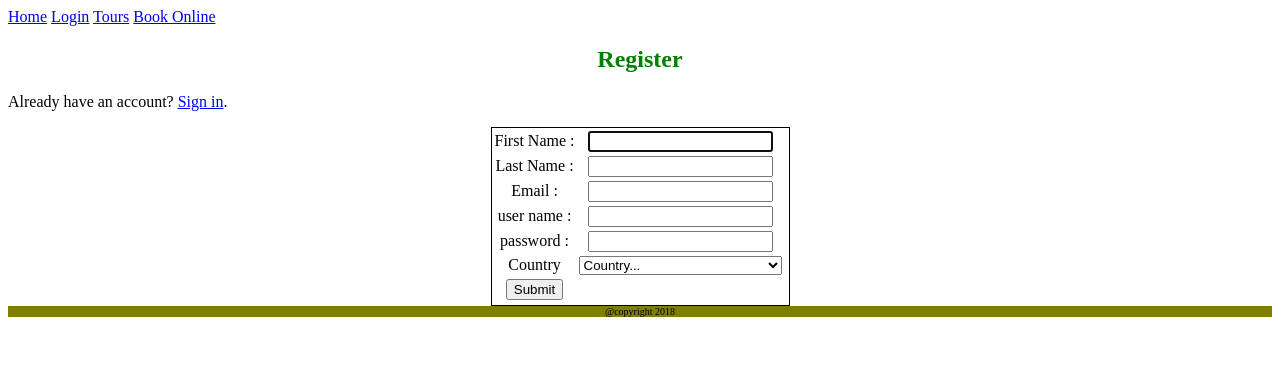
Repository: Rahim89/ANYFT
Page: http://localhost/CaseStudy/WEB-INF/views/registration.jsp
These files come from the project's save history. The page is drawn as it stood at one moment and after the next save; the edit follows.
The browser window is 1280 px wide. The pictures show the whole page.
The page is served by Tomcat 9. Nobody is signed in. Other server files are loaded and not shown. The template is opened directly, without the code that normally fills it, so the values that code supplies are empty.

Above is the page before, as saved 2018-09-17 19:27:24.

### CaseStudy/WebContent/WEB-INF/views/registration.jsp
<%@ page language="java" contentType="text/html; charset=UTF-8"
    pageEncoding="UTF-8"%>
    <%@taglib uri ="http://www.springframework.org/tags/form" prefix="form"%>
<!DOCTYPE html>
<html>
<head>
<meta charset="UTF-8">
<title>Registration</title>



</head>



<body>
	<div id = "header">
    <%@include file="header.jsp" %>
    </div>

    <form action="User_info" method="POST"  >

	<h2 style="color:green; text-align:center;">Register</h2>
	<table style = "border:1px solid; margin: 0 auto; text-align:center;">
		<tr>
			<td>First Name :</td>
			<td><input required="required" type="text" name="firstName" autofocus /></td>
		</tr>
		<tr>
			<td>Last Name :</td>
			<td><input type="text" name="lastName" required/></td>
		</tr>
		<tr>
			<td>Email :</td>
			<td><input type="email" name="email" required/></td>
		</tr>
		<tr>
			<td>user name :</td>
			<td><input type="text" name="userName" required/></td>
			<td><span style="text-align:center; color:red;">${userNameError}</span></td>
		</tr>
		<tr>
			<td>password :</td>
			<td><input type="password" name="password" required/></td>
		</tr>
		<tr>


    <td>Country</td>
    <td><select name="country" required>
		<option value="">Country...</option>
		<option value="Afganistan">Afghanistan</option>
		<option value="Albania">Albania</option>
		<option value="Algeria">Algeria</option>
		<option value="American Samoa">American Samoa</option>
		<option value="Andorra">Andorra</option>
		<option value="Angola">Angola</option>
		<option value="Anguilla">Anguilla</option>
		<option value="Antigua &amp; Barbuda">Antigua &amp; Barbuda</option>
		<option value="Argentina">Argentina</option>
		<option value="Armenia">Armenia</option>
		<option value="Aruba">Aruba</option>
		<option value="Australia">Australia</option>
		<option value="Austria">Austria</option>
		<option value="Azerbaijan">Azerbaijan</option>
		<option value="Bahamas">Bahamas</option>
		<option value="Bahrain">Bahrain</option>
		<option value="Bangladesh">Bangladesh</option>
		<option value="Barbados">Barbados</option>
		<option value="Belarus">Belarus</option>
		<option value="Belgium">Belgium</option>
		<option value="Belize">Belize</option>
		<option value="Benin">Benin</option>
		<option value="Bermuda">Bermuda</option>
		<option value="Bhutan">Bhutan</option>
		<option value="Bolivia">Bolivia</option>
		<option value="Bonaire">Bonaire</option>
		<option value="Bosnia &amp; Herzegovina">Bosnia &amp; Herzegovina</option>
		<option value="Botswana">Botswana</option>
		<option value="Brazil">Brazil</option>
		<option value="British Indian Ocean Ter">British Indian Ocean Ter</option>
		<option value="Brunei">Brunei</option>
		<option value="Bulgaria">Bulgaria</option>
		<option value="Burkina Faso">Burkina Faso</option>
		<option value="Burundi">Burundi</option>
		<option value="Cambodia">Cambodia</option>
		<option value="Cameroon">Cameroon</option>
		<option value="Canada">Canada</option>
		<option value="Canary Islands">Canary Islands</option>
		<option value="Cape Verde">Cape Verde</option>
		<option value="Cayman Islands">Cayman Islands</option>
		<option value="Central African Republic">Central African Republic</option>
		<option value="Chad">Chad</option>
		<option value="Channel Islands">Channel Islands</option>
		<option value="Chile">Chile</option>
		<option value="China">China</option>
		<option value="Christmas Island">Christmas Island</option>
		<option value="Cocos Island">Cocos Island</option>
		<option value="Colombia">Colombia</option>
		<option value="Comoros">Comoros</option>
		<option value="Congo">Congo</option>
		<option value="Cook Islands">Cook Islands</option>
		<option value="Costa Rica">Costa Rica</option>
		<option value="Cote DIvoire">Cote D'Ivoire</option>
		<option value="Croatia">Croatia</option>
		<option value="Cuba">Cuba</option>
		<option value="Curaco">Curacao</option>
		<option value="Cyprus">Cyprus</option>
		<option value="Czech Republic">Czech Republic</option>
		<option value="Denmark">Denmark</option>
		<option value="Djibouti">Djibouti</option>
		<option value="Dominica">Dominica</option>
		<option value="Dominican Republic">Dominican Republic</option>
		<option value="East Timor">East Timor</option>
		<option value="Ecuador">Ecuador</option>
		<option value="Egypt">Egypt</option>
		<option value="El Salvador">El Salvador</option>
		<option value="Equatorial Guinea">Equatorial Guinea</option>
		<option value="Eritrea">Eritrea</option>
		<option value="Estonia">Estonia</option>
		<option value="Ethiopia">Ethiopia</option>
		<option value="Falkland Islands">Falkland Islands</option>
		<option value="Faroe Islands">Faroe Islands</option>
		<option value="Fiji">Fiji</option>
		<option value="Finland">Finland</option>
		<option value="France">France</option>
		<option value="French Guiana">French Guiana</option>
		<option value="French Polynesia">French Polynesia</option>
		<option value="French Southern Ter">French Southern Ter</option>
		<option value="Gabon">Gabon</option>
		<option value="Gambia">Gambia</option>
		<option value="Georgia">Georgia</option>
		<option value="Germany">Germany</option>
		<option value="Ghana">Ghana</option>
		<option value="Gibraltar">Gibraltar</option>
		<option value="Great Britain">Great Britain</option>
		<option value="Greece">Greece</option>
		<option value="Greenland">Greenland</option>
		<option value="Grenada">Grenada</option>
		<option value="Guadeloupe">Guadeloupe</option>
		<option value="Guam">Guam</option>
		<option value="Guatemala">Guatemala</option>
		<option value="Guinea">Guinea</option>
		<option value="Guyana">Guyana</option>
		<option value="Haiti">Haiti</option>
		<option value="Hawaii">Hawaii</option>
		<option value="Honduras">Honduras</option>
		<option value="Hong Kong">Hong Kong</option>
		<option value="Hungary">Hungary</option>
		<option value="Iceland">Iceland</option>
		<option value="India">India</option>
		<option value="Indonesia">Indonesia</option>
		<option value="Iran">Iran</option>
		<option value="Iraq">Iraq</option>
		<option value="Ireland">Ireland</option>
		<option value="Isle of Man">Isle of Man</option>
		<option value="Israel">Israel</option>
		<option value="Italy">Italy</option>
		<option value="Jamaica">Jamaica</option>
		<option value="Japan">Japan</option>
		<option value="Jordan">Jordan</option>
		<option value="Kazakhstan">Kazakhstan</option>
		<option value="Kenya">Kenya</option>
		<option value="Kiribati">Kiribati</option>
		<option value="Korea North">Korea North</option>
		<option value="Korea Sout">Korea South</option>
		<option value="Kuwait">Kuwait</option>
		<option value="Kyrgyzstan">Kyrgyzstan</option>
		<option value="Laos">Laos</option>
		<option value="Latvia">Latvia</option>
		<option value="Lebanon">Lebanon</option>
		<option value="Lesotho">Lesotho</option>
		<option value="Liberia">Liberia</option>
		<option value="Libya">Libya</option>
		<option value="Liechtenstein">Liechtenstein</option>
		<option value="Lithuania">Lithuania</option>
		<option value="Luxembourg">Luxembourg</option>
		<option value="Macau">Macau</option>
		<option value="Macedonia">Macedonia</option>
		<option value="Madagascar">Madagascar</option>
		<option value="Malaysia">Malaysia</option>
		<option value="Malawi">Malawi</option>
		<option value="Maldives">Maldives</option>
		<option value="Mali">Mali</option>
		<option value="Malta">Malta</option>
		<option value="Marshall Islands">Marshall Islands</option>
		<option value="Martinique">Martinique</option>
		<option value="Mauritania">Mauritania</option>
		<option value="Mauritius">Mauritius</option>
		<option value="Mayotte">Mayotte</option>
		<option value="Mexico">Mexico</option>
		<option value="Midway Islands">Midway Islands</option>
		<option value="Moldova">Moldova</option>
		<option value="Monaco">Monaco</option>
		<option value="Mongolia">Mongolia</option>
		<option value="Montserrat">Montserrat</option>
		<option value="Morocco">Morocco</option>
		<option value="Mozambique">Mozambique</option>
		<option value="Myanmar">Myanmar</option>
		<option value="Nambia">Nambia</option>
		<option value="Nauru">Nauru</option>
		<option value="Nepal">Nepal</option>
		<option value="Netherland Antilles">Netherland Antilles</option>
		<option value="Netherlands">Netherlands (Holland, Europe)</option>
		<option value="Nevis">Nevis</option>
		<option value="New Caledonia">New Caledonia</option>
		<option value="New Zealand">New Zealand</option>
		<option value="Nicaragua">Nicaragua</option>
		<option value="Niger">Niger</option>
		<option value="Nigeria">Nigeria</option>
		<option value="Niue">Niue</option>
		<option value="Norfolk Island">Norfolk Island</option>
		<option value="Norway">Norway</option>
		<option value="Oman">Oman</option>
		<option value="Pakistan">Pakistan</option>
		<option value="Palau Island">Palau Island</option>
		<option value="Palestine">Palestine</option>
		<option value="Panama">Panama</option>
		<option value="Papua New Guinea">Papua New Guinea</option>
		<option value="Paraguay">Paraguay</option>
		<option value="Peru">Peru</option>
		<option value="Phillipines">Philippines</option>
		<option value="Pitcairn Island">Pitcairn Island</option>
		<option value="Poland">Poland</option>
		<option value="Portugal">Portugal</option>
		<option value="Puerto Rico">Puerto Rico</option>
		<option value="Qatar">Qatar</option>
		<option value="Republic of Montenegro">Republic of Montenegro</option>
		<option value="Republic of Serbia">Republic of Serbia</option>
		<option value="Reunion">Reunion</option>
		<option value="Romania">Romania</option>
		<option value="Russia">Russia</option>
		<option value="Rwanda">Rwanda</option>
		<option value="St Barthelemy">St Barthelemy</option>
		<option value="St Eustatius">St Eustatius</option>
		<option value="St Helena">St Helena</option>
		<option value="St Kitts-Nevis">St Kitts-Nevis</option>
		<option value="St Lucia">St Lucia</option>
		<option value="St Maarten">St Maarten</option>
		<option value="St Pierre &amp; Miquelon">St Pierre &amp; Miquelon</option>
		<option value="St Vincent &amp; Grenadines">St Vincent &amp; Grenadines</option>
		<option value="Saipan">Saipan</option>
		<option value="Samoa">Samoa</option>
		<option value="Samoa American">Samoa American</option>
		<option value="San Marino">San Marino</option>
		<option value="Sao Tome &amp; Principe">Sao Tome &amp; Principe</option>
		<option value="Saudi Arabia">Saudi Arabia</option>
		<option value="Senegal">Senegal</option>
		<option value="Serbia">Serbia</option>
		<option value="Seychelles">Seychelles</option>
		<option value="Sierra Leone">Sierra Leone</option>
		<option value="Singapore">Singapore</option>
		<option value="Slovakia">Slovakia</option>
		<option value="Slovenia">Slovenia</option>
		<option value="Solomon Islands">Solomon Islands</option>
		<option value="Somalia">Somalia</option>
		<option value="South Africa">South Africa</option>
		<option value="Spain">Spain</option>
		<option value="Sri Lanka">Sri Lanka</option>
		<option value="Sudan">Sudan</option>
		<option value="Suriname">Suriname</option>
		<option value="Swaziland">Swaziland</option>
		<option value="Sweden">Sweden</option>
		<option value="Switzerland">Switzerland</option>
		<option value="Syria">Syria</option>
		<option value="Tahiti">Tahiti</option>
		<option value="Taiwan">Taiwan</option>
		<option value="Tajikistan">Tajikistan</option>
		<option value="Tanzania">Tanzania</option>
		<option value="Thailand">Thailand</option>
		<option value="Togo">Togo</option>
		<option value="Tokelau">Tokelau</option>
		<option value="Tonga">Tonga</option>
		<option value="Trinidad &amp; Tobago">Trinidad &amp; Tobago</option>
		<option value="Tunisia">Tunisia</option>
		<option value="Turkey">Turkey</option>
		<option value="Turkmenistan">Turkmenistan</option>
		<option value="Turks &amp; Caicos Is">Turks &amp; Caicos Is</option>
		<option value="Tuvalu">Tuvalu</option>
		<option value="Uganda">Uganda</option>
		<option value="Ukraine">Ukraine</option>
		<option value="United Arab Erimates">United Arab Emirates</option>
		<option value="United Kingdom">United Kingdom</option>
		<option value="United States of America">United States of America</option>
		<option value="Uraguay">Uruguay</option>
		<option value="Uzbekistan">Uzbekistan</option>
		<option value="Vanuatu">Vanuatu</option>
		<option value="Vatican City State">Vatican City State</option>
		<option value="Venezuela">Venezuela</option>
		<option value="Vietnam">Vietnam</option>
		<option value="Virgin Islands (Brit)">Virgin Islands (Brit)</option>
		<option value="Virgin Islands (USA)">Virgin Islands (USA)</option>
		<option value="Wake Island">Wake Island</option>
		<option value="Wallis &amp; Futana Is">Wallis &amp; Futana Is</option>
		<option value="Yemen">Yemen</option>
		<option value="Zaire">Zaire</option>
		<option value="Zambia">Zambia</option>
		<option value="Zimbabwe">Zimbabwe</option>
	</select>
	</td>
	</tr>

    <tr>
    	<td><input type="submit" name="Register"/></td>
  	</tr>


    <tr>
   		 <p>Already have an account? <a href="login">Sign in</a>.</p>
  	</tr>

  </table>
</form>

	<div>
		<%@include file="footer.jsp" %>
    </div>
</body>




</html>

### CaseStudy/WebContent/WEB-INF/views/header.jsp
<%@ page language="java" contentType="text/html; charset=UTF-8"
    pageEncoding="UTF-8"%>
<!DOCTYPE html>
<html>
<head>
<meta charset="UTF-8">
<title>Insert title here</title>
</head>

<body>

<nav class="topnav" id="myTopnav">
  <a href="home" class="active">Home</a>
  <a href="login">Login</a>
  <a href="tourpackage">Tours</a>
  <a href="booking">Book Online</a>

</nav>


</body>
</html>

### CaseStudy/WebContent/WEB-INF/views/footer.jsp
<%@ page language="java" contentType="text/html; charset=UTF-8"
    pageEncoding="UTF-8"%>
<!DOCTYPE html>
<html>
<head>
<meta charset="UTF-8">
<title>Footer</title>
</head>
<body>
	<div  style="background-color: Olive;text-align: center;font-size: 10px;height: 5%;"> @copyright 2018</div>
</body>
</html>

After the next save:
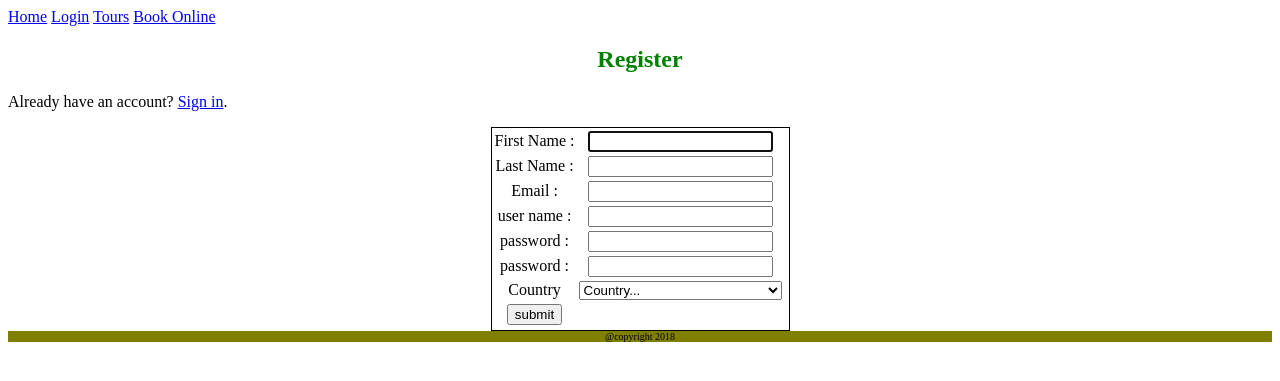
Saved 2 min 18 s later.
--- a/CaseStudy/WebContent/WEB-INF/views/registration.jsp
+++ b/CaseStudy/WebContent/WEB-INF/views/registration.jsp
@@ -38,6 +38,10 @@
 			<td>user name :</td>
 			<td><input type="text" name="userName" required/></td>
 			<td><span style="text-align:center; color:red;">${userNameError}</span></td>
+		</tr>
+		<tr>
+			<td>password :</td>
+			<td><input type="password" name="password" required/></td>
 		</tr>
 		<tr>
 			<td>password :</td>
@@ -301,7 +305,7 @@
 	</tr>
 
     <tr>
-    	<td><input type="submit" name="Register"/></td>
+    	<td><input type="submit" name="Register" value="submit"/></td>
   	</tr>
 
 
